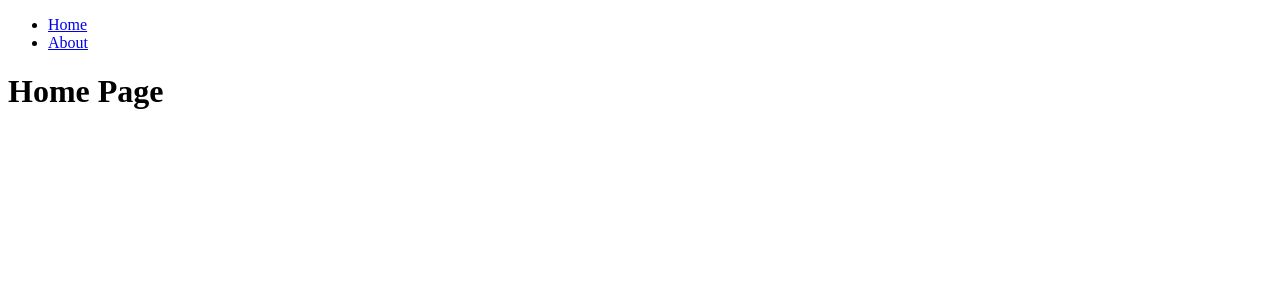
Repository: Baal89/Flask
Page: http://localhost/
The author's editor kept a record of every edit. The page is drawn from the files as they stood at one moment, then again after the next edit.
The browser window is 1280 px wide. The pictures show the whole page.
The page is served by the project's application, run on Flask 3 (run.py).

Above is the page before.

After the next edit:
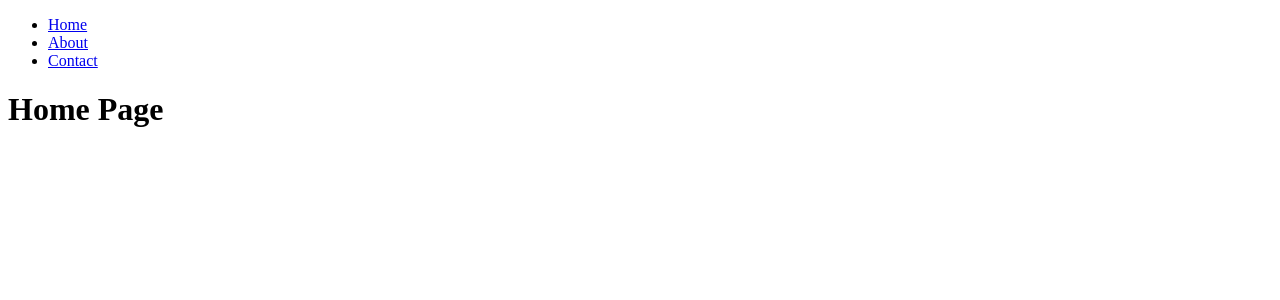
The edit:
--- a/templates/index.html
+++ b/templates/index.html
@@ -1,19 +1,23 @@
 <!DOCTYPE html>
 <html lang="en">
+
 <head>
     <meta charset="UTF-8">
     <meta name="viewport" content="width=device-width, initial-scale=1.0">
     <meta http-equiv="X-UA-Compatible" content="ie=edge">
     <title>Hello Flask</title>
 </head>
+
 <body>
     <nav>
         <ul>
-            <li><a href="#">Home</a></li>
-            <li><a href="#">About</a></li>
+            <li><a href="{{url_for('index') }}">Home</a></li>
+            <li><a href="{{url_for('about') }}">About</a></li>
+            <li><a href="{{url_for('contact') }}">Contact</a></li>
         </ul>
     </nav>
 
     <h1>Home Page</h1>
 </body>
+
 </html>
